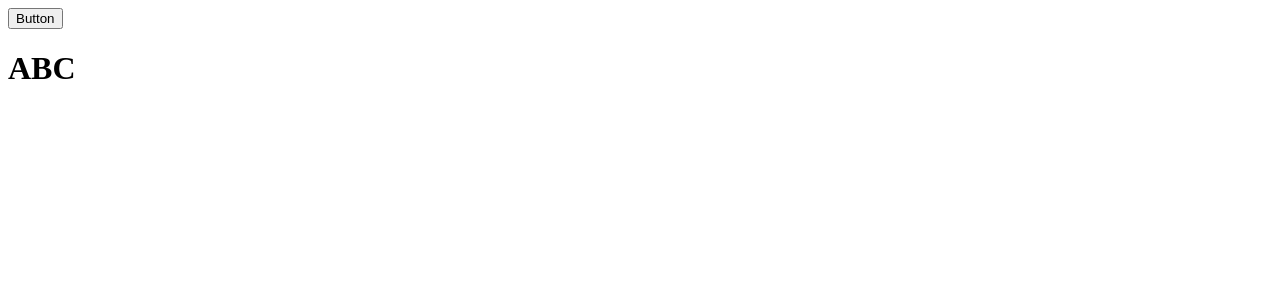
Repository: SonPhamThe/C0622G1---module_4
Page: ss12/practice/demo.html
An editor plug-in stored every save of this project. The page is shown before and after a run of saves, followed by the edit.
The browser window is 1280 px wide. The pictures show the whole page.

Above is the page before, as saved 2022-11-01 13:27:27.

After the next 3 saves:
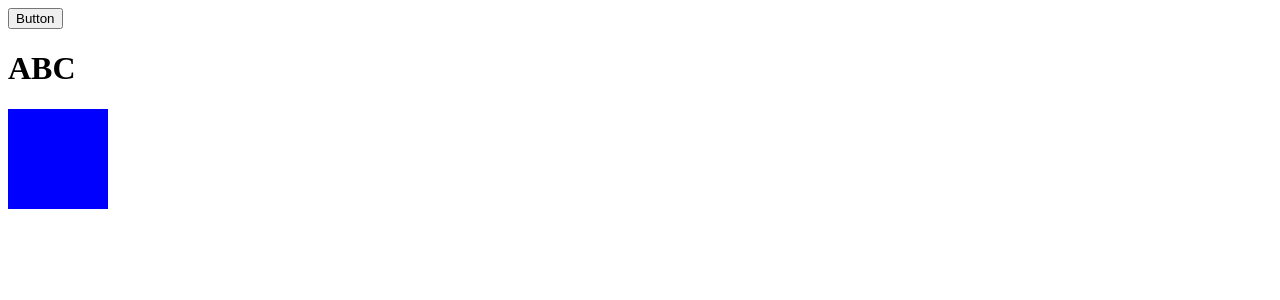
The 3 saves are shown as one change because they came seconds apart.
The last was saved 10 s later.
--- a/ss12/practice/demo.html
+++ b/ss12/practice/demo.html
@@ -10,6 +10,6 @@
   <button>Button</button>
   <h1 id="txt">ABC</h1>
   <!-- position: relative để vị trí có thể thay đổi -->
-  <div style="position: relative; height: 100px; width: 100px;"></div>
+  <div style="position: relative; height: 100px; width: 100px; background-color: blue;"></div>
 </body>
 </html>
